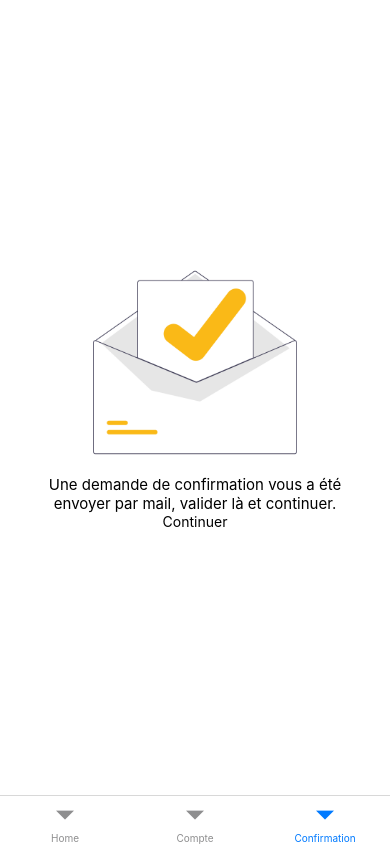
Repository: Norlan-20/Last-Afrilink
Screen: /Confirmation
These files come from the project's save history. The screen is drawn as it stood at one moment and after the next save; the edit follows.
The app was drawn by React Native's web renderer in a window 390 px wide. The project was rebuilt for these pictures with package versions that can differ from the ones it lists, and the page was loaded fresh each time. Also part of the build but not shown: screen/User.js.

Above is the screen before, as saved 2021-09-24 22:15:49.

### App.js
/* eslint-disable prettier/prettier */
import React from 'react'
import {View} from 'react-native'
import { NavigationContainer } from '@react-navigation/native'
import { createNativeStackNavigator } from '@react-navigation/native-stack'
import { createBottomTabNavigator } from '@react-navigation/bottom-tabs'
import HomeScreen from './screen/Home'
import UserScreen from './screen/User'
import ConfirmationScreen from './screen/Confirmation'

const Tab = createBottomTabNavigator();
const Stack = createNativeStackNavigator();


const App = () => {
  return (
    <NavigationContainer>
      <Tab.Navigator screenOptions={{headerShown: false}} >
        <Tab.Screen name="Home" component={HomeScreen}/>
        <Tab.Screen name="Compte" component={UserScreen}/>
        <Tab.Screen name="Confirmation" component={ConfirmationScreen}/>
      </Tab.Navigator>
    </NavigationContainer>
  );
};

export default App;

### screen/Home.js
/* eslint-disable prettier/prettier */
import React from 'react';
import {View, Text, StyleSheet, StatusBar, Dimensions, ScrollView} from 'react-native';
import { Header, Icon, Image, SearchBar } from 'react-native-elements';
import Categorie from '../component/categorie';
import Produit from '../component/produit';
// import EvilIcons from 'react-native-vector-icons/EvilIcons';

const {width,height} = Dimensions.get('window');
const fond = '#F7F7F7';
const primary = '#2e3190';
const search = '#DDDDDD';

const HomeScreen = props => {
    return (
        <View style={styles.container}>
            <StatusBar hidden={false}/>
            <Header
                leftComponent={<Icon name="navicon" type="evilicon" size={40} color="#FFF"/>}
                centerComponent={<Image source={require('../assets/logobleu.jpg')} style={{width: 200, height: 50}} />}
                rightComponent={<Icon name="cart" type="evilicon" size={40} color="#FFF"/>}
                backgroundColor={primary}
            />
            <SearchBar
                placeholder="Rechercher"
                round
                lightTheme
                containerStyle={{ width: width,backgroundColor: fond, borderWidth: 0}}
                inputContainerStyle={{ height: 45, backgroundColor: search, borderRadius: 150 }}
                inputStyle={{ height: 45,backgroundColor: search }}
                // searchIcon={<Icon name="user" type="ionicon" />}
                showCancel
                cancelIcon
                onClear
                style={{width: width}}
            />
            <ScrollView>
                <Categorie nom="Catégorie" />
                <Produit nom="Vedette" />
            </ScrollView>
        </View>
    );
};

const styles = StyleSheet.create({
    container:{
        flex: 1,
        backgroundColor: '#F7F7F7',
    },
});

export default HomeScreen;

### screen/Confirmation.js
/* eslint-disable prettier/prettier */
import React from 'react';
import  { View, Text, StyleSheet, Dimensions, Image } from 'react-native';
import { Continuer } from '../component/button';

const {width} = Dimensions.get('window');
const fond = '#F7F7F7';
const primary = '#2e3190';

const ConfirmationScreen = () => {
    return (
        <View style={styles.container}>
            <Image source={require('../assets/mailsent.png')} style={{ width: width - 100, height: width / 2}}/>
            <Text style={styles.message}>Une demande de confirmation vous a été envoyer par mail, valider là et continuer.</Text>
            <Continuer width={width} />
        </View>
    );
};

const styles = StyleSheet.create({
    container:{
        flex: 1,
        backgroundColor: '#FFF',
        alignItems: 'center',
        justifyContent: 'center',
    },
    message:{
        width: width - (width / 5),
        textAlign: 'center',
        fontSize: 15,
        marginTop: 15
    },
});

export default ConfirmationScreen;

### component/button.js
/* eslint-disable prettier/prettier */
import React from 'react'
import { TouchableOpacity, Text } from 'react-native'

const primary = '#2e3190';

export const Continuer = (width) => {
    return(
        <TouchableOpacity >
            <Text>Continuer</Text>
        </TouchableOpacity>
    );
};

Loaded but not shown: component/categorie.js (library); component/produit.js (library)

After the next save:
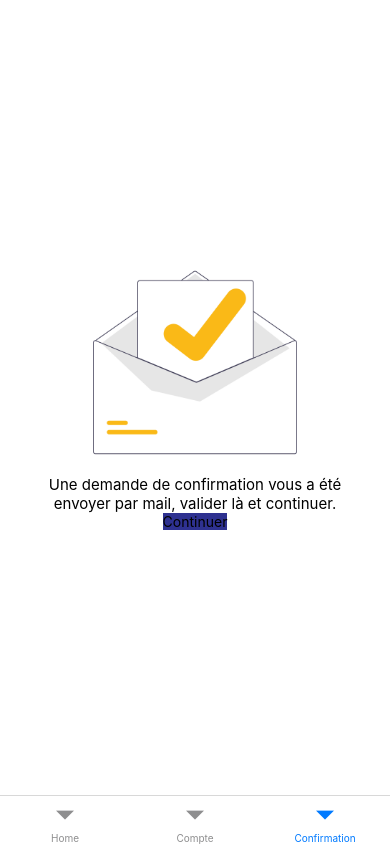
Saved 33 s later.
--- a/component/button.js
+++ b/component/button.js
@@ -6,7 +6,7 @@ const primary = '#2e3190';
 
 export const Continuer = (width) => {
     return(
-        <TouchableOpacity >
+        <TouchableOpacity style={{ backgroundColor: primary }}>
             <Text>Continuer</Text>
         </TouchableOpacity>
     );
